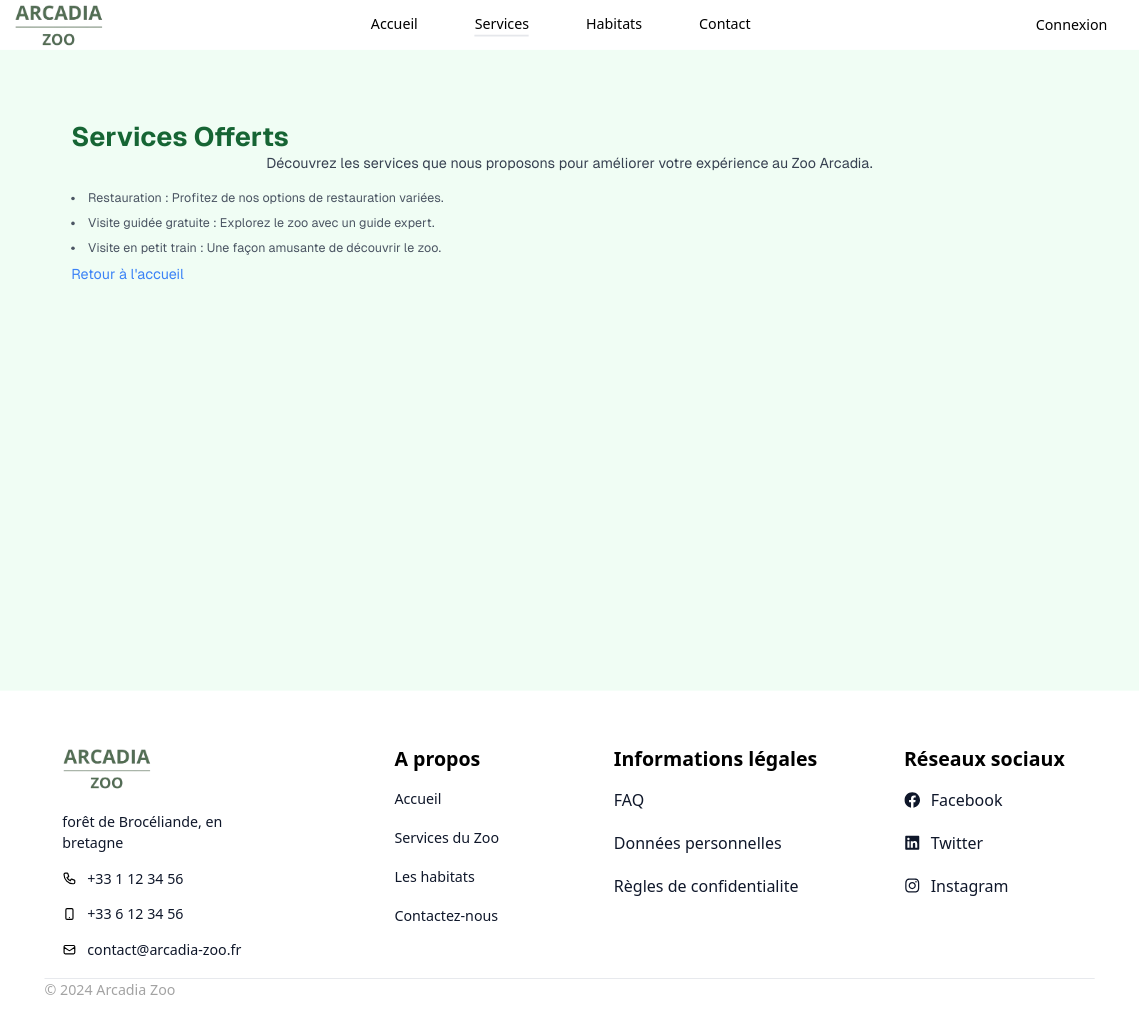
Repository: rdaa99/zoo-arcadia
Page: /service
The author's editor kept a copy of each file at every save. The page is drawn from the files as they stood at one save, then again after the next save.
The browser window is 1280 px wide. The pictures show the whole page, at 89% of full size.
The project was rebuilt for these pictures with package versions that can differ from the ones it lists, and the page was loaded fresh each time. The framework's server and built-in components were replaced by stand-ins that run in the browser. Also part of the build but not shown: next.config.ts, components/organisms/Navbar/NavbarMobile.tsx, components/molecules/Button/TextButton.tsx.

Above is the page before, as saved 2024-11-18 22:03:21.

### app/layout.tsx
import type { Metadata } from "next";
import localFont from "next/font/local";
import "./globals.css";
import { Footer } from "@/components/organisms/Footer/Footer";
import { Navbar } from "@/components/organisms/Navbar/Navbar";
import { NavbarResponsive } from "@/components/organisms/Navbar/NavbarResponsive";

const geistSans = localFont({
  src: "../assets/fonts/GeistVF.woff",
  variable: "--font-geist-sans",
  weight: "100 900",
});
const geistMono = localFont({
  src: "../assets/fonts/GeistMonoVF.woff",
  variable: "--font-geist-mono",
  weight: "100 900",
});

export const metadata: Metadata = {
  title: "Create Next App",
  description: "Generated by create next app",
};

export default function RootLayout({
  children,
}: Readonly<{
  children: React.ReactNode;
}>) {
  return (
    <html lang="en">
      <body
        className={`${geistSans.variable} ${geistMono.variable} antialiased`}
      >
        <div className="sticky top-0 z-[400]">
          <NavbarResponsive />
        </div>
        {children}

        <div>
          <Footer />
        </div>
      </body>
    </html>
  );
}

### app/(pages)/service/page.tsx
import { Button } from "flowbite-react";
import Image from "next/image";
import Link from "next/link";

export default function Services() {
  return (
    <div className="bg-green-50 min-h-screen p-8 pb-20 gap-16 sm:p-20 font-[family-name:var(--font-geist-sans)]">
      <h1 className="text-3xl font-bold text-green-800">Services Offerts</h1>
      <p className="text-center text-gray-700">
        Découvrez les services que nous proposons pour améliorer votre
        expérience au Zoo Arcadia.
      </p>
      <ul className="list-inside list-disc text-sm text-center sm:text-left text-gray-600 mt-4">
        <li className="mb-2">
          Restauration : Profitez de nos options de restauration variées.
        </li>
        <li className="mb-2">
          Visite guidée gratuite : Explorez le zoo avec un guide expert.
        </li>
        <li className="mb-2">
          Visite en petit train : Une façon amusante de découvrir le zoo.
        </li>
      </ul>
      <Link href="/" className="text-blue-500 hover:underline mt-4">
        Retour à l'accueil
      </Link>
    </div>
  );
}

### components/organisms/Footer/Footer.tsx
'use client';

import { Footer as FlowbiteFooter } from 'flowbite-react';
import { FaFacebook, FaInstagram, FaLinkedin } from 'react-icons/fa';
import { HiOutlineDeviceMobile, HiOutlineMail, HiOutlinePhone } from 'react-icons/hi';
import { customFooterTheme } from './theme';
import { Logo } from '@/components/atoms/Logo';
import { useResponsive, DeviceSize } from '@/hooks/useResponsive';
import { Typography } from '@/components/atoms/Typography/Typography';

export const Footer = () => {
    const { deviceSize } = useResponsive();

    const adressList = [
        { name: "forêt de Brocéliande, en bretagne" },
        { name: "+33 1 12 34 56", icon: HiOutlinePhone },
        { name: "+33 6 12 34 56", icon: HiOutlineDeviceMobile },
        { name: "contact@arcadia-zoo.fr", icon: HiOutlineMail }
    ];

    const aboutList = [
        { name: "Accueil", link: '/' },
        {name: 'Services du Zoo', link: '/Services',},
        {name: 'Les habitats', link: '/Habitats',},
        {name: 'Contactez-nous', link: '/Contact',}
    ];

    const legalList = [
        { name: "FAQ", link: '/faq' },
        { name: "Données personnelles", link: '/donnees-personnelles' },
        { name: "Règles de confidentialite", link: '/regle-confidentialite' }
    ];

    const socialList = [
        { name: "Facebook", icon: FaFacebook, link: '#' },
        { name: "Twitter", icon: FaLinkedin, link: '#' },
        { name: "Instagram", icon: FaInstagram, link: '#' },
    ];


    let footerSize = '';
    if (deviceSize <= DeviceSize.sm) {
        footerSize = 'max-w-screen-sm';
    } else if (deviceSize < DeviceSize.lg) {
        footerSize = 'max-w-screen-lg';
    } else if (deviceSize > DeviceSize.lg) {
        footerSize = 'xl:w-[1180px] w-auto';
    }

    const footerWidth =
        deviceSize <= DeviceSize.md
        ? 'w-[350px]'
        : deviceSize <= DeviceSize.lg
            ? 'w-52'
            : deviceSize <= DeviceSize.xl
            ? 'w-[300px]'
            : 'w-[350px]';

    return (
        <FlowbiteFooter container={true} theme={customFooterTheme}>
        <div className={`${footerSize}  grid md:grid-cols-4 md:gap-x-7 gap-y-5 md:gap-y-0`}>
        <div className="grid grid-cols-1 md:content-start justify-items-center md:justify-items-start gap-y-5 p-5">
            <Logo />
            <div className="flex items-center md:items-start flex-col md:gap-y-4 gap-y-3">
            {adressList.map((list, index) => (
                <div className={`flex items-center gap-x-3 text-primary-900`} key={index}>
                {list.icon && <list.icon />}
                <Typography customClassName="text-base font-normal text-start text-slate-900" fontFamily="secondary">
                    {list.name}
                </Typography>
                </div>
            ))}
            </div>
        </div>
        <div className={`grid md:justify-around md:content-start md:justify-items-start justify-items-center gap-y-4 p-5 ${footerWidth}`}>
            <FlowbiteFooter.Title theme={customFooterTheme.title} title="A propos" />
            <FlowbiteFooter.LinkGroup theme={customFooterTheme.groupLink}>
            {aboutList.map((list, index) => (
                <FlowbiteFooter.Link theme={customFooterTheme.groupLink.link} key={index} href={list.link}>
                    <Typography customClassName="flex items-center text-base font-normal" fontFamily="secondary">
                    {list.name}
                    </Typography>
                </FlowbiteFooter.Link>
            ))}
            </FlowbiteFooter.LinkGroup>
        </div>
        <div className={`grid md:justify-around md:content-start md:justify-items-start justify-items-center gap-y-4 p-5 ${footerWidth}`}>
            <FlowbiteFooter.Title theme={customFooterTheme.title} title="Informations légales" />
            <FlowbiteFooter.LinkGroup theme={customFooterTheme.groupLink}>
            {legalList.map((list, index) => (
                <FlowbiteFooter.Link theme={customFooterTheme.groupLink.link} key={index} href={list.link}>
                    {list.name}
                </FlowbiteFooter.Link>
            ))}
            </FlowbiteFooter.LinkGroup>
        </div>
        <div className={`grid md:justify-around md:content-start md:justify-items-start justify-items-center gap-y-4 p-5 ${footerWidth}`}>
            <FlowbiteFooter.Title theme={customFooterTheme.title} title="Réseaux sociaux" />
            <FlowbiteFooter.LinkGroup theme={customFooterTheme.groupLink}>
            {socialList.map((list, index) => (
                <FlowbiteFooter.Link theme={customFooterTheme.groupLink.link} key={index} href={list.link}>
                <div className={`flex items-center gap-x-3`}>
                    {list.icon && <list.icon />}
                    {list.name}
                </div>
                </FlowbiteFooter.Link>
            ))}
            </FlowbiteFooter.LinkGroup>
        </div>
        </div>
        <FlowbiteFooter.Divider />
        <div className="max-w-screen-md md:w-[1180px] grid grid-rows-1 md:justify-start justify-center">
        <FlowbiteFooter.Copyright theme={customFooterTheme.copyright} by=" Arcadia Zoo" year={new Date().getFullYear()} />
        </div>
    </FlowbiteFooter>
    );
};

### components/organisms/Navbar/NavbarResponsive.tsx
'use client';

import { DeviceSize, useResponsive } from "@/hooks/useResponsive";
import { NavbarMobile } from "./NavbarMobile";
import { Navbar } from "./Navbar";

export const NavbarResponsive = () => {
  const { deviceSize } = useResponsive();

  if (!deviceSize) {
    return null; // ou un loader pendant le calcul
  }

  return deviceSize <= DeviceSize.lg ? <NavbarMobile /> : <Navbar />;
};

### components/organisms/Footer/theme.tsx
import { FlowbiteFooterTheme } from 'flowbite-react';

export const customFooterTheme: FlowbiteFooterTheme = {
  root: {
    base: 'grid pt-10 md:pt-10 justify-center bg-zinc-50 lg:px-0 md:px-10 px-0 bg-secondary-50',
    container: '',
    bgDark: ''
  },
  groupLink: {
    base: 'grid md:gap-y-5 gap-y-3 items-center justify-items-center md:justify-items-start',
    link: {
      base: 'text-lg leading-7 text-slate-900',
      href: ''
    },
    col: ''
  },
  icon: {
    base: 'text-red-500 dark:hover:text-white',
    size: 'h-9 w-9'
  },
  title: {
    base: 'text-primary-700 text-[22px] normal-case font-bold'
  },
  divider: {
    base: 'md:w-full md:border-stone-300 p-5'
  },
  copyright: {
    base: 'w-full text-base text-neutral-400 md:mb-9 mb-4',
    href: '',
    span: ''
  },
  brand: {
    base: 'mb-4',
    img: 'mr-3 h-8',
    span: 'self-center whitespace-nowrap text-2xl font-semibold text-red-800'
  }
};

### hooks/useResponsive.ts
'use client';

import { useEffect, useState } from 'react';

export enum DeviceSize {
  sm = 640,
  md = 768,
  lg = 1024,
  xl = 1280
}

export const useResponsive = () => {
  const [deviceSize, setDeviceSize] = useState(DeviceSize.xl);

  useEffect(() => {
    const checkScreenSize = () => {
      if (window.innerWidth <= DeviceSize.sm) {
        setDeviceSize(DeviceSize.sm);
      } else if (window.innerWidth <= DeviceSize.md) {
        setDeviceSize(DeviceSize.md);
      } else if (window.innerWidth < DeviceSize.lg) {
        setDeviceSize(DeviceSize.lg);
      } else {
        setDeviceSize(DeviceSize.xl);
      }
    };
    checkScreenSize();

    window.addEventListener('resize', checkScreenSize);

    return () => window.removeEventListener('resize', checkScreenSize);
  }, []);

  return { deviceSize };
};

### components/organisms/Navbar/Navbar.tsx
"use client"; // Ajouter cette directive au début du fichier
import { Navbar as FlowbiteNavbar } from "flowbite-react";
import Link from "next/link";
import { usePathname } from "next/navigation";
import { useState, useEffect } from "react";

import { Logo } from "@/components/atoms/Logo";
import { Typography } from "@/components/atoms/Typography";
import { Button } from "@/components/molecules/Button";

import { customNavbarTheme } from "./theme";

export const Navbar = () => {
  const pathname = usePathname();
  const [shadow, setShadow] = useState<number>(0);
  const scrollThreshold = 50;

  const navbarList = [
    { name: "Accueil", link: "/" },
    { name: "Services", link: "/service" },
    { name: "Habitats", link: "/habitat" },
    { name: "Contact", link: "/contact" },
  ];

  useEffect(() => {
    const handleScroll = () => {
      setShadow(window.scrollY);
    };

    window.addEventListener("scroll", handleScroll);
    return () => {
      window.removeEventListener("scroll", handleScroll);
    };
  }, []);

  return (
    <FlowbiteNavbar
      theme={customNavbarTheme(undefined)}
      className={`transition-shadow duration-300 ${
        shadow > scrollThreshold
          ? "shadow-[0_0px_5px_2px_rgba(212,212,212,1)]"
          : ""
      }`}
    >
      {/* <div className='w-[120px]'><Logo /></div> */}
      <Logo />
      <FlowbiteNavbar.Collapse>
        <div className="flex flex-row gap-x-16">
          {navbarList.map((page) => (
            <FlowbiteNavbar.Link as={Link} href={page.link} key={page.name}>
              <Typography
                customClassName={`hover:border-primary-400 hover:border-b-2  text-base ${
                  pathname === page.link ? "border-b-2 border-primary-700" : ""
                }`}
                color="dark"
              >
                {page.name}
              </Typography>
            </FlowbiteNavbar.Link>
          ))}
        </div>
      </FlowbiteNavbar.Collapse>
      <Button size="s" color="primary" href="/connexion">
        Connexion
      </Button>
    </FlowbiteNavbar>
  );
};

### components/atoms/Logo/Logo.tsx
import Image from 'next/image';
import Link from 'next/link';
import React from 'react';

export interface LogoProps {
  redirectUrl?: string;
  src?: string;
}

export const Logo = ({
  redirectUrl = '/',
  src = '/images/arcadia-logo-2.webp', // Chemin relatif à partir de "public"
}: LogoProps) => {
  return (
    <Link href={redirectUrl}>
      <Image width={100} height={45} src={src} alt="logo of arcadia zoo" />
    </Link>
  );
};

### utils/clsxm.ts
import clsx, { ClassValue } from "clsx";
import { twMerge } from "tailwind-merge";

/** Merge classes with tailwind-merge with clsx full feature */
export default function clsxm(...classes: ClassValue[]) {
  return twMerge(clsx(...classes));
}

### components/organisms/Navbar/theme.tsx
import { FlowbiteNavbarTheme } from "flowbite-react";

export const customNavbarTheme = (
  isOpen: boolean | undefined
): FlowbiteNavbarTheme => ({
  root: {
    base: "px-4 w-full bg-secondary-50 flex flex-row justify-center",
    rounded: {
      on: "rounded",
      off: "",
    },
    bordered: {
      on: "",
      off: "",
    },
    inner: {
      base: "w-full flex justify-between items-center",
      fluid: {
        on: "",
        off: "",
      },
    },
  },
  brand: {
    base: "",
  },
  collapse: {
    base: "w-full lg:block lg:w-auto h-screen lg:h-auto mt-16 lg:mt-0",
    list: "flex flex-col lg:flex-row lg:space-x-8 lg:font-medium lg:items-center gap-y-10 lg:gap-y-0",
    hidden: {
      on: "hidden",
      off: "",
    },
  },
  link: {
    base: "hover:text-secondary-700 hover:border-b-2",
    active: {
      on: "",
      off: "",
    },
    disabled: {
      on: "",
      off: "",
    },
  },
  toggle: {
    base: `text-primary-500 rounded-[10px] lg:hidden ${
      isOpen === true ? "bg-primary-100" : "bg-transparent"
    }`, // Clean base styles for the toggle
    icon: "h-[42px] w-[42px] shrink-0", // Icon only, no extra styles or content
  },
});

### components/molecules/Button/index.ts
export * from './Button';
export * from './TextButton';

### components/molecules/Button/Button.tsx
import Link from 'next/link';
import * as React from 'react';
import clsxm from '@/utils/clsxm';

type ButtonColor = 'primary' | 'secondary';
type ButtonVariant = 'transparent' | 'underline' | 'outline';
export type ButtonSize = 'xs' | 's' | 'm' | 'l' | 'xl';

type ButtonProps = {
  color?: ButtonColor;
  variant?: ButtonVariant;
  size?: ButtonSize;
  href?: string;
} & React.ButtonHTMLAttributes<HTMLButtonElement> & {
  as?: React.ElementType;  // Ajout de la prop 'as' dynamique
};

export const Button = React.forwardRef<HTMLElement, ButtonProps>(
  ({ children, className, color = 'primary', variant, size = 's', type = 'button', href, as = 'button', ...props }, ref) => {
    // Déterminer l'élément à rendre en fonction de la prop 'as'
    let Component = as;

    // Si 'href' est défini, utiliser Link pour une URL interne ou 'a' pour un lien externe
    if (href) {
      Component = href.startsWith('/') ? Link : 'a';
    }

    // Appliquer dynamiquement les classes et autres props
    return (
      <Component
        ref={ref}
        type={type}
        href={href} // Passe l'attribut href si nécessaire
        className={clsxm(
          'flex items-center justify-center gap-2 rounded-md text-base focus:outline-none focus-visible:ring focus-visible:ring-primary-500 hover:bg-primary-500',
          className, // Les classes passées en props
          //*=========== Size ===========
          [
            size === 's' && 'w-[120px] h-9',
            size === 'm' && 'w-[270px] h-11',
            size === 'l' && 'w-full h-11'
          ],
          //*=========== Colors ===========
          [
            color === 'primary' && 'bg-primary-500 hover:bg-primary-600 disabled:bg-gray-200 focus:ring-transparent enabled:hover:bg-primary-500',
            color === 'secondary' && 'bg-secondary-700 text-white hover:border-secondary-700 hover:border-2 shadow-none hover:bg-secondary-50 hover:text-secondary-700 disabled:bg-gray-200 focus:ring-transparent enabled:hover:bg-transparent'
          ],
          //*=========== Variants ===========
          [
            variant === 'transparent' && 'bg-transparent enabled:hover:bg-transparent',
            variant === 'underline' && 'bg-transparent underline enabled:hover:bg-transparent',
            variant === 'outline' && 'bg-white enabled:hover:bg-white border border-primary-500 justify-center hover:shadow-sm'
          ]
        )}
        {...props}
      >
        {children}
      </Component>
    );
  }
);

Button.displayName = 'Button';

Loaded but not shown: app/globals.css (common file); components/atoms/Logo/index.ts (common file); components/atoms/Typography/index.ts (common file); tailwind.config.ts (common file); components/atoms/Typography/Typography.tsx (151 lines, source omitted)

After the next save:
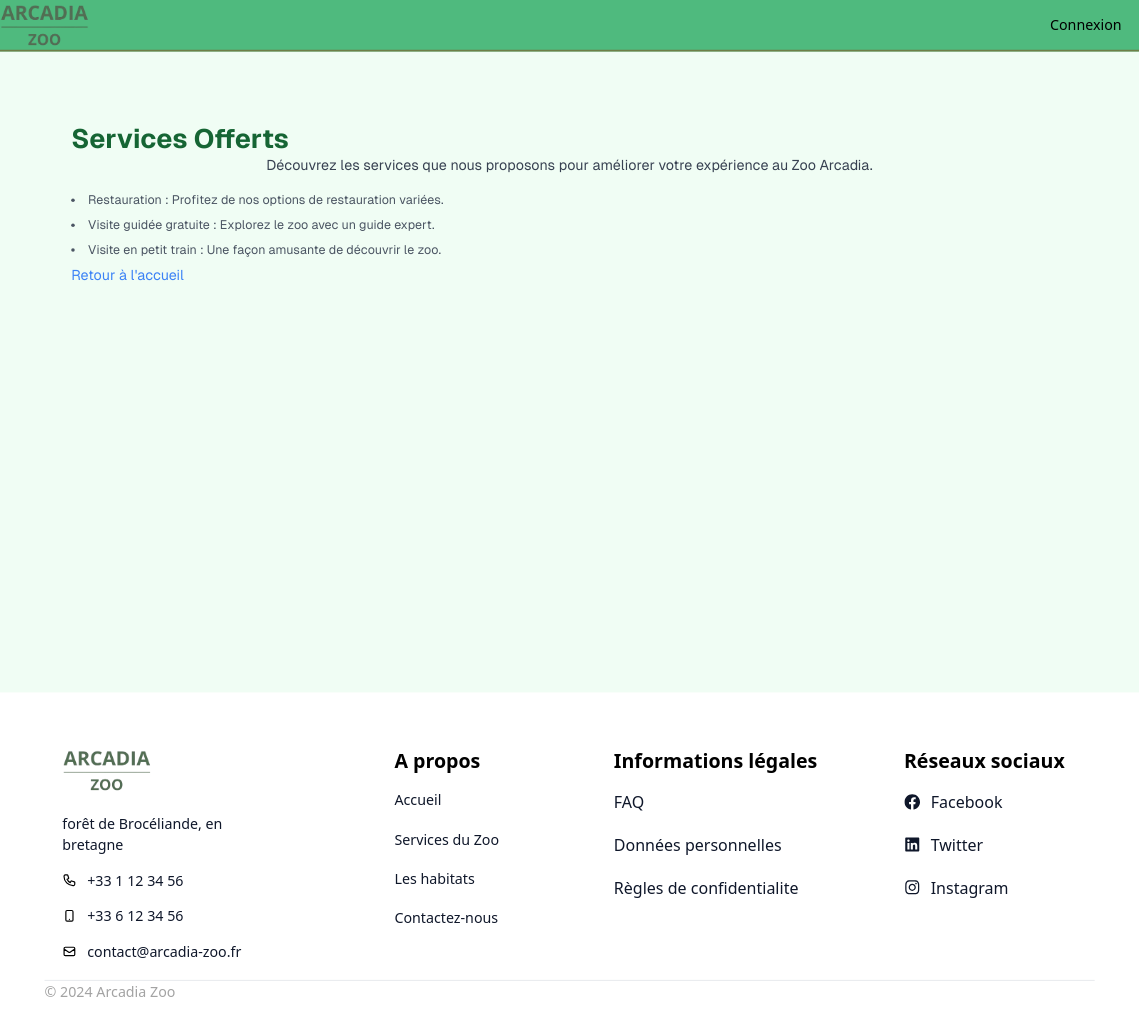
Saved 10 min 25 s later.
--- a/components/organisms/Navbar/Navbar.tsx
+++ b/components/organisms/Navbar/Navbar.tsx
@@ -35,24 +35,27 @@ export const Navbar = () => {
 
   return (
     <FlowbiteNavbar
-      theme={customNavbarTheme(undefined)}
       className={`transition-shadow duration-300 ${
-        shadow > scrollThreshold
-          ? "shadow-[0_0px_5px_2px_rgba(212,212,212,1)]"
-          : ""
+        shadow > scrollThreshold ? "shadow-[0_4px_10px_rgba(0,0,0,0.2)]" : ""
       }`}
+      style={{
+        backgroundColor: "rgba(60, 179, 113, 0.9)",
+        borderBottom: "2px solid rgba(139, 69, 19, 0.5)",
+      }}
     >
-      {/* <div className='w-[120px]'><Logo /></div> */}
       <Logo />
       <FlowbiteNavbar.Collapse>
         <div className="flex flex-row gap-x-16">
           {navbarList.map((page) => (
             <FlowbiteNavbar.Link as={Link} href={page.link} key={page.name}>
               <Typography
-                customClassName={`hover:border-primary-400 hover:border-b-2  text-base ${
+                customClassName={`hover:text-[#FFD700] hover:border-b-2 text-base ${
                   pathname === page.link ? "border-b-2 border-primary-700" : ""
                 }`}
                 color="dark"
+                style={{
+                  color: "#ffffff",
+                }}
               >
                 {page.name}
               </Typography>
